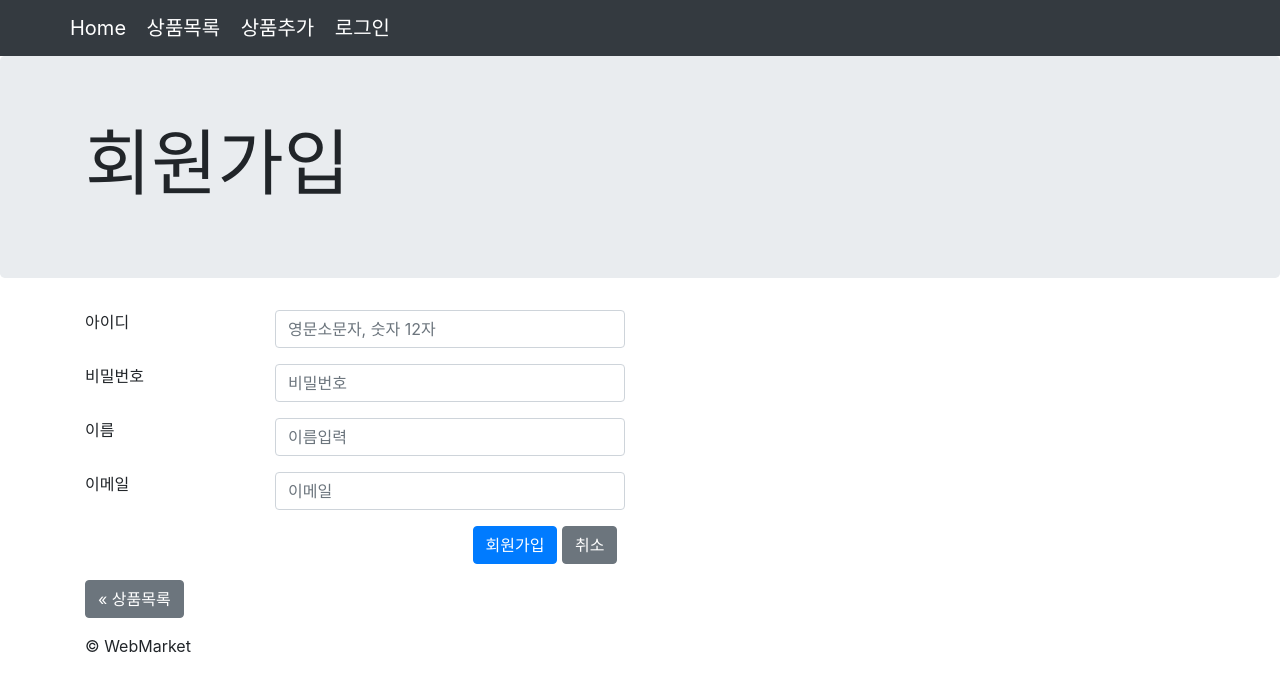
Repository: davisbyun/ai
Page: http://localhost/WebMarket/member/join.jsp
An editor plug-in stored every save of this project. The page is shown before and after the next save, followed by the edit.
The browser window is 1280 px wide. The pictures show the whole page.
The page is served by Tomcat 9.

Above is the page before, as saved 2024-01-26 05:16:07.

After the next save:
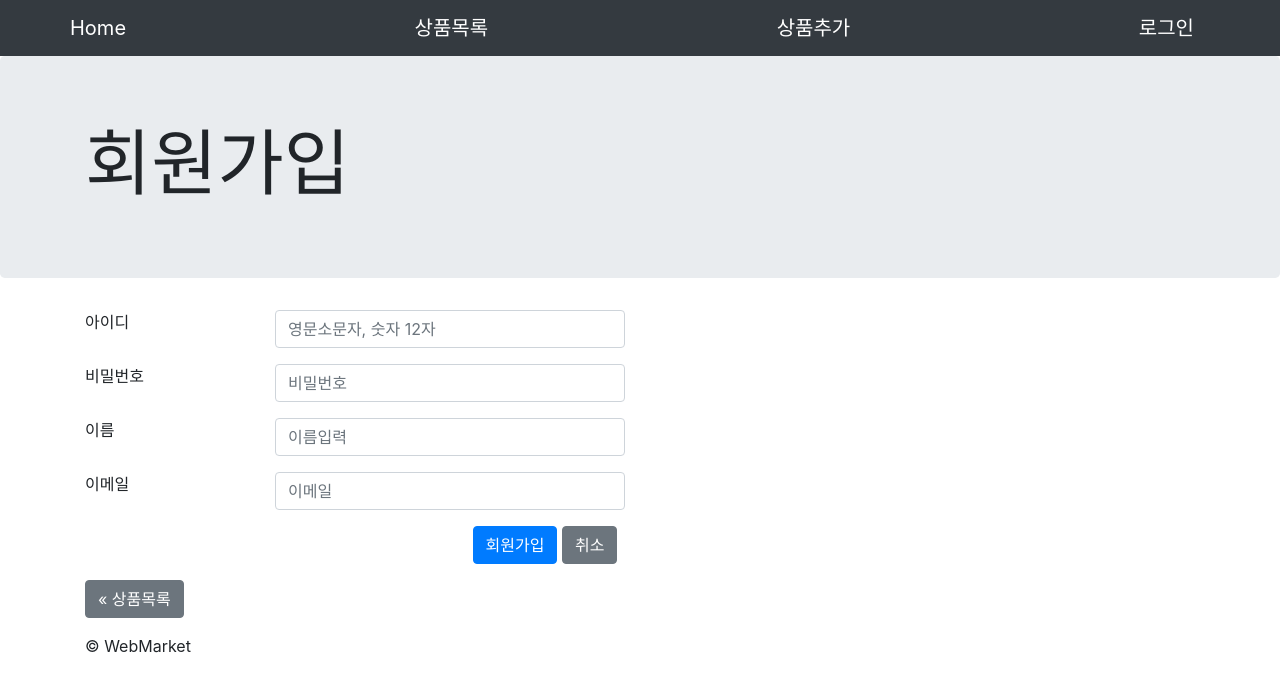
Saved 41 s later.
--- a/WebMarket/src/main/webapp/menu.jsp
+++ b/WebMarket/src/main/webapp/menu.jsp
@@ -12,8 +12,12 @@
     <div class="container">
         <div class="navbar-header">
             <a class="navbar-brand" href="/webMarket/welcome.jsp">Home</a>
+        </div>
+        <div class="navbar-header">
             <a class="navbar-brand" href="/webMarket/products.jsp">상품목록</a>
+        </div>
             <a class="navbar-brand" href="/webMarket/addProduct.jsp">상품추가</a>
+        <div class="navbar-header">
              <a class="navbar-brand" href="/webMarket/member/login.jsp">로그인</a>
          </div>
      </div>
